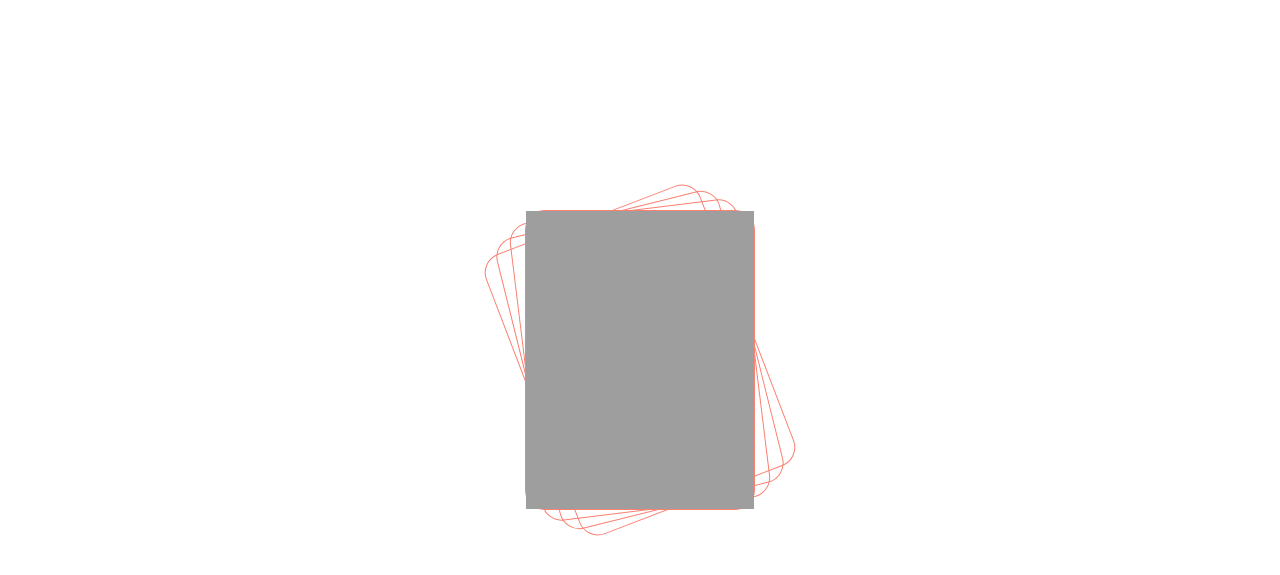
Repository: Chiranshukapil/html_css
Page: cards/index.html
The author's editor kept a copy of each file at every save. The page is drawn from the files as they stood at one save, then again after the next save.
The browser window is 1280 px wide. The pictures show the whole page.
Pictures or frames that could not be fetched are drawn as grey boxes.

Above is the page before, as saved 2024-06-09 00:29:05.

After the next save:
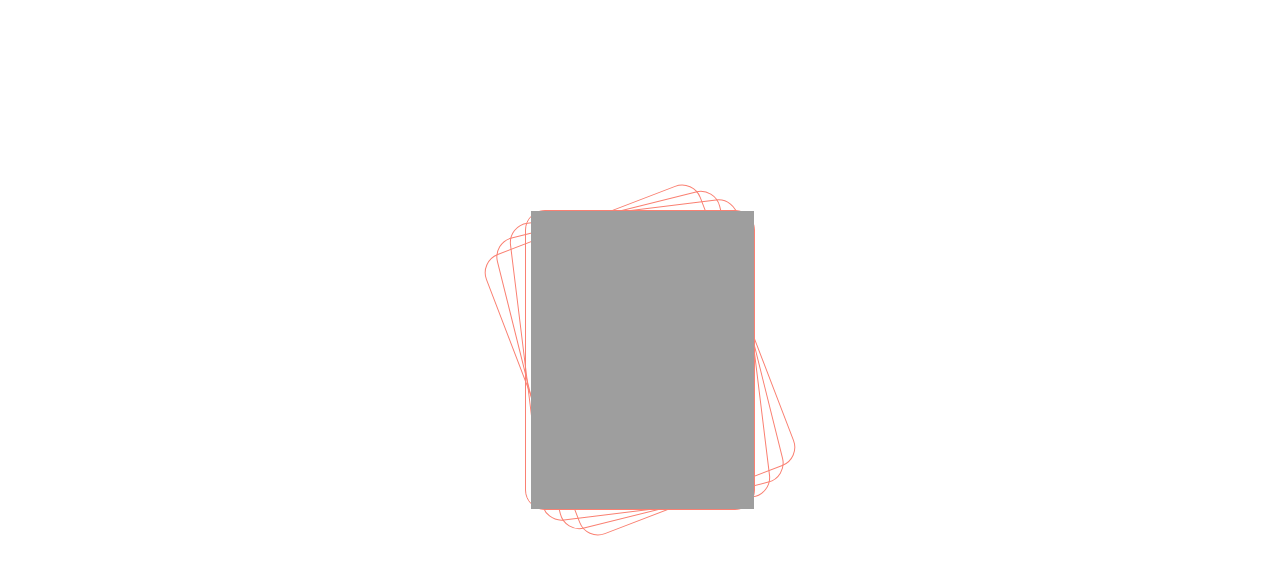
Saved 6 s later.
--- a/cards/style.css
+++ b/cards/style.css
@@ -54,6 +54,6 @@
     width: 100%;
     height: 100%;
     object-fit: cover;
-    object-position: ;
+    object-position: 5px;
 
 }

After the save that followed:
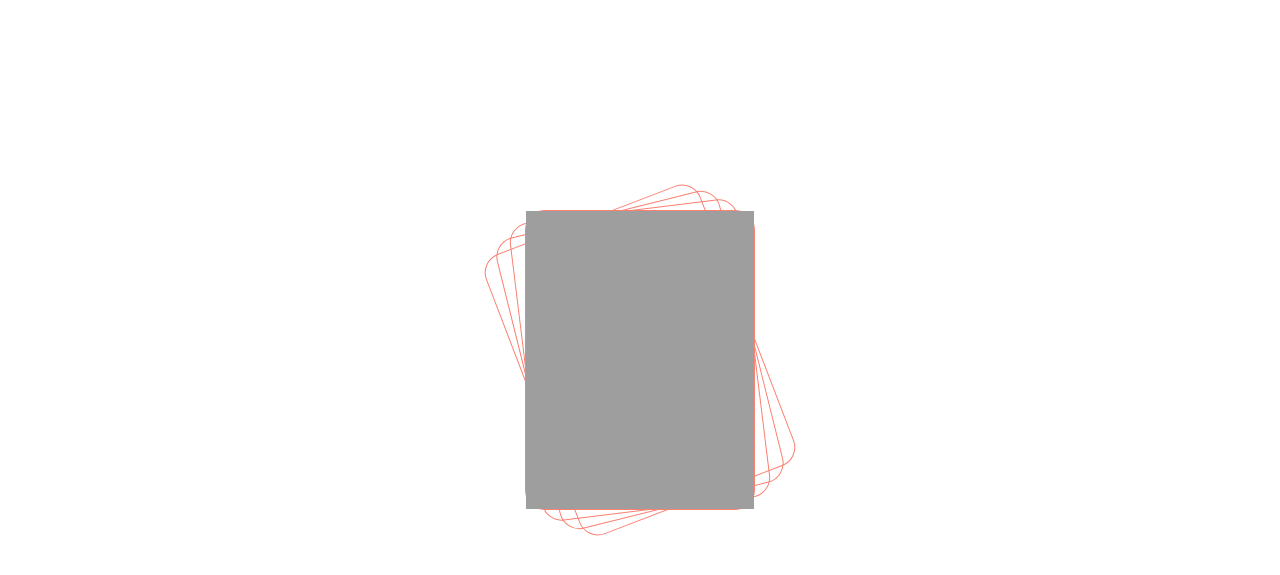
Saved 8 s later.
--- a/cards/style.css
+++ b/cards/style.css
@@ -54,6 +54,6 @@
     width: 100%;
     height: 100%;
     object-fit: cover;
-    object-position: 5px;
+    /* object-position: 5px; */
 
 }
